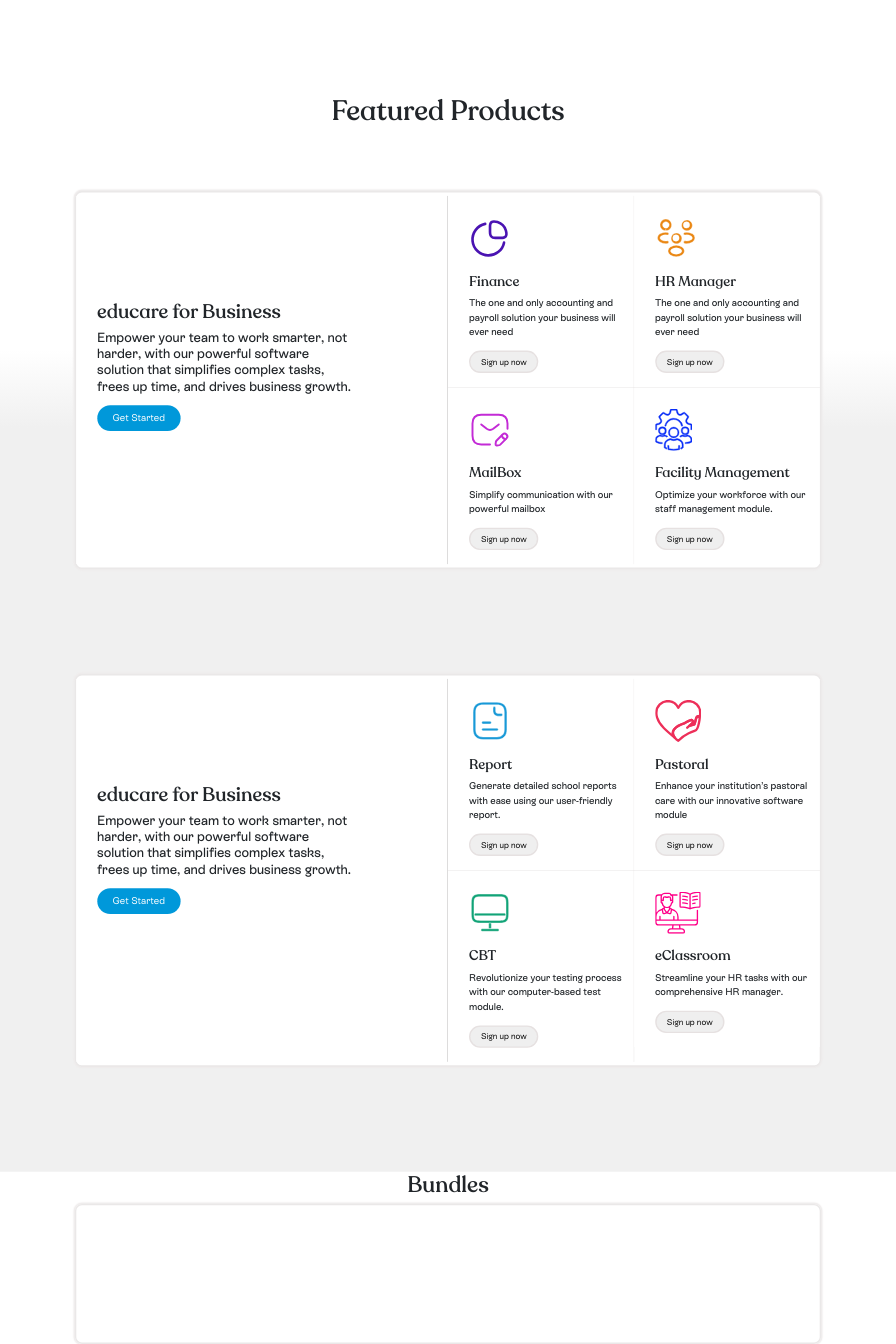
Repository: sarahnnanyelugo/educare-web
Page: /
These files come from the project's save history. The page is drawn as it stood at one moment and after the next save; the edit follows.
The browser window is 1280 px wide. The pictures show the part of the page from y = 927 to 2847 px (the page is 2847 px tall), at 70% of full size.
The project was rebuilt for these pictures with package versions that can differ from the ones it lists, and the page was loaded fresh each time.

Above is the page before, as saved 2023-04-05 09:51:48.

After the next save:
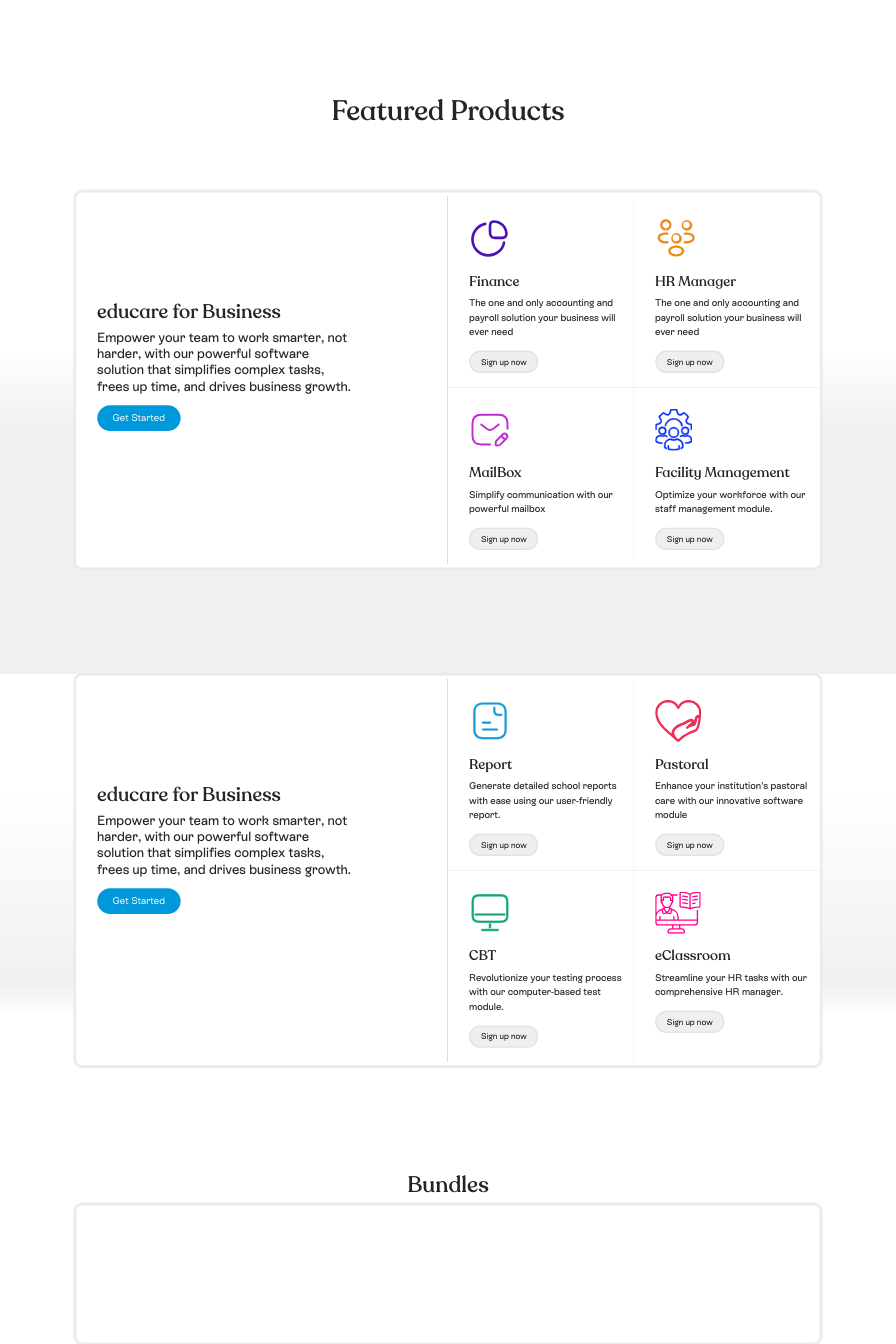
Saved 52 s later.
--- a/src/pages/Home/_home.scss
+++ b/src/pages/Home/_home.scss
@@ -81,11 +81,12 @@
   );
 }
 .features-holder2 {
-  background: rgb(240, 240, 240);
+  background: rgb(255, 255, 255);
   background: linear-gradient(
     0deg,
-    rgba(255, 255, 255, 1) 35% rgba(240, 240, 240, 1) 20% rgba(255, 255, 255, 1)
-      45%
+    rgba(255, 255, 255, 1) 31%,
+    rgba(240, 240, 240, 1) 38%,
+    rgba(255, 255, 255, 1) 76%
   );
   padding-bottom: 150px;
 }
